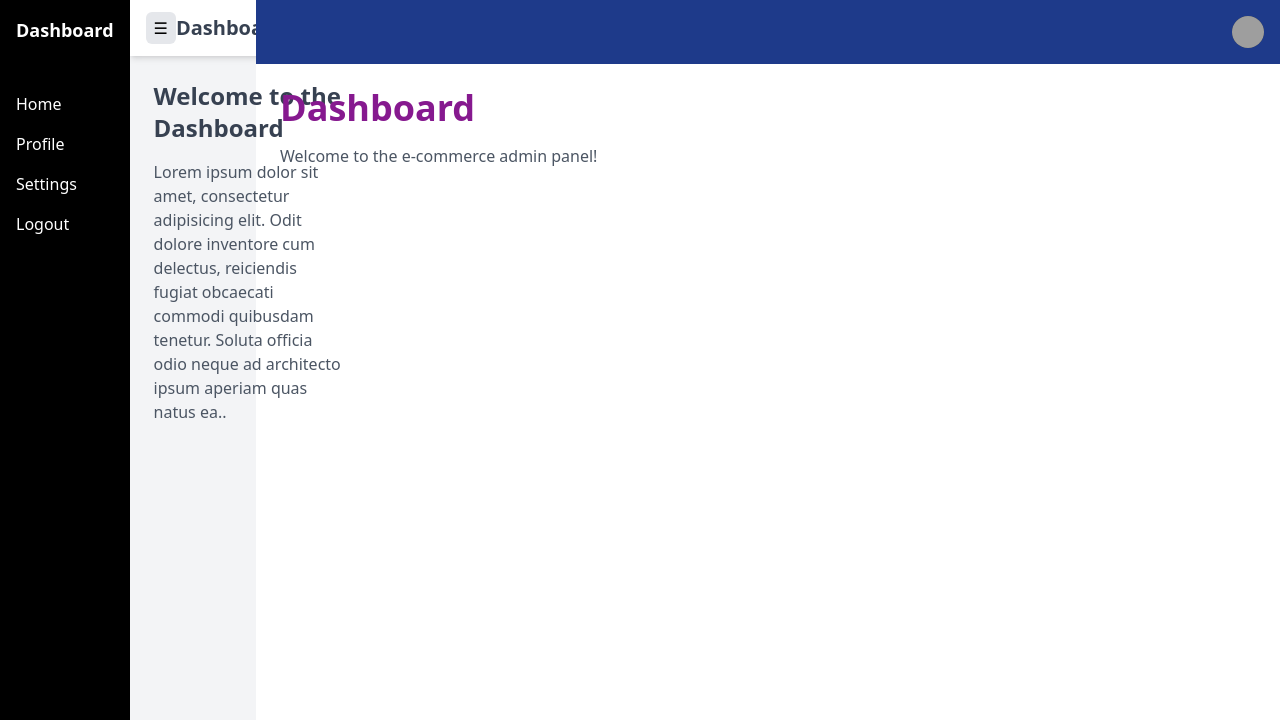
Repository: alizey12/POS-React-website
Page: /dashboard
An editor plug-in stored every save of this project. The page is shown before and after a run of saves, followed by the edit.
The browser window is 1280 px wide. The pictures show the whole page.
Pictures or frames that could not be fetched are drawn as grey boxes. The project was rebuilt for these pictures with package versions that can differ from the ones it lists, and the page was loaded fresh each time. Also part of the build but not shown: vite.config.js, src/login.jsx.

Above is the page before, as saved 2024-12-31 16:08:13.

### src/App.jsx
import { BrowserRouter as Router, Routes, Route } from 'react-router-dom';
import LoginPage from "./login"
import Dashboard from './Dashboard';

function App() {
  return (
    <Router>
      <Routes>
        <Route path="/" element={<LoginPage />} />
        <Route path="/dashboard" element={<Dashboard />} />
      </Routes>
    </Router>
  );
}

export default App;

### src/Dashboard.jsx
// import { useState } from 'react';
import Navbar from './navbar';
import Sidebar from './sidebar';

const Dashboard = () => {
  // const [isSidebarOpen, setIsSidebarOpen] = useState(true);

  // const toggleSidebar = () => {
  //   setIsSidebarOpen(!isSidebarOpen);
  // };

  return (
    <div className="h-screen  flex overflow-hidden">
      {/* Sidebar Section */}
      <div
        className={`bg-gray-300 transition-all duration-300 ${
          // isSidebarOpen ?
          'w-64'
        }`}
      >
        <Sidebar />
      </div>

      {/* Main Content Section */}
      <div className="flex-1 flex flex-col">
        <Navbar />
        <div className="p-6">
          <h1 className="text-4xl font-bold text-fuchsia-800">Dashboard</h1>
          <p className="mt-4 text-gray-600">Welcome to the e-commerce admin panel!</p>
        </div>
      </div>
    </div>
  );
};

export default Dashboard;

### src/navbar.jsx


const navbar = () => {
  return (
    <div>


<nav className="bg-blue-900 border-gray-900 dark:bg-gray-900 ">
  <div className="max-w-screen-xl flex flex-wrap items-center justify-between mx-auto p-4">


      <span className="self-center text-2xl font-semibold whitespace-nowrap text-white dark:text-white"></span>
  <div className="flex items-center md:order-2 space-x-3 md:space-x-0 rtl:space-x-reverse">
      <button type="button" className="flex text-sm bg-gray-800 rounded-full md:me-0 focus:ring-4 focus:ring-gray-300 dark:focus:ring-gray-600" id="user-menu-button" aria-expanded="false" data-dropdown-toggle="user-dropdown" data-dropdown-placement="bottom">
        <span className="sr-only">Open user menu</span>
        <img className="w-8 h-8 rounded-full" src="/docs/images/people/profile-picture-3.jpg" alt="user photo"/>
      </button>

      <div className="z-50 hidden my-4 text-base list-none bg-white divide-y divide-gray-100 rounded-lg shadow dark:bg-gray-700 dark:divide-gray-600" id="user-dropdown">
        <div className="px-4 py-3">
          <span className="block text-sm text-gray-900 dark:text-white">Bonnie Green</span>
          <span className="block text-sm  text-gray-500 truncate dark:text-gray-400">name@flowbite.com</span>
        </div>
        <ul className="py-2" aria-labelledby="user-menu-button">
          <li>
            <a href="#" className="block px-4 py-2 text-sm text-gray-700 hover:bg-gray-100 dark:hover:bg-gray-600 dark:text-gray-200 dark:hover:text-white">Dashboard</a>
          </li>
          <li>
            <a href="#" className="block px-4 py-2 text-sm text-gray-700 hover:bg-gray-100 dark:hover:bg-gray-600 dark:text-gray-200 dark:hover:text-white">Settings</a>
          </li>
          <li>
            <a href="#" className="block px-4 py-2 text-sm text-gray-700 hover:bg-gray-100 dark:hover:bg-gray-600 dark:text-gray-200 dark:hover:text-white">Earnings</a>
          </li>
          <li>
            <a href="#" className="block px-4 py-2 text-sm text-gray-700 hover:bg-gray-100 dark:hover:bg-gray-600 dark:text-gray-200 dark:hover:text-white">Sign out</a>
          </li>
        </ul>
      </div>
      <button data-collapse-toggle="navbar-user" type="button" className="inline-flex items-center p-2 w-10 h-10 justify-center text-sm text-gray-500 rounded-lg md:hidden hover:bg-gray-100 focus:outline-none focus:ring-2 focus:ring-gray-200 dark:text-gray-400 dark:hover:bg-gray-700 dark:focus:ring-gray-600" aria-controls="navbar-user" aria-expanded="false">
        <span className="sr-only">Open main menu</span>
        <svg className="w-5 h-5" aria-hidden="true" xmlns="http://www.w3.org/2000/svg" fill="none" viewBox="0 0 17 14">
            <path stroke="currentColor" strokeLinecap="round" strokeLinejoin="round" strokeWidth="2" d="M1 1h15M1 7h15M1 13h15"/>
        </svg>
    </button>
  </div>

  </div>
</nav>

    </div>
  )
}

export default navbar

### src/sidebar.jsx
import { useState } from "react";

const Dashboard = () => {
  const [isSidebarOpen, setIsSidebarOpen] = useState(true);

  const toggleSidebar = () => {
    setIsSidebarOpen(!isSidebarOpen);
  };

  return (
    <div className="flex h-screen bg-gray-100">
      {/* Sidebar */}
      <div
        className={`${
          isSidebarOpen ? "w-64" : "w-16"
        } bg-black text-white transition-all duration-300`}
      >
        <div className="p-4">
          <h2 className="text-lg font-bold text-center">
            {isSidebarOpen ? "Dashboard" : "D"}
          </h2>
        </div>
        <ul className="mt-6">
          <li className="px-4 py-2 hover:bg-gray-800 cursor-pointer border-white">
            {isSidebarOpen ? "Home" : "H"}
          </li>
          <li className="px-4 py-2 hover:bg-gray-800 cursor-pointer">
            {isSidebarOpen ? "Profile" : "P"}
          </li>
          <li className="px-4 py-2 hover:bg-gray-800 cursor-pointer">
            {isSidebarOpen ? "Settings" : "S"}
          </li>
          <li className="px-4 py-2 hover:bg-gray-800 cursor-pointer">
            {isSidebarOpen ? "Logout" : "L"}
          </li>
        </ul>
      </div>

      {/* Main Content */}
      <div className="flex flex-col flex-1">
        {/* Menu Bar */}
        <div className="flex justify-between items-center bg-white shadow-md px-4 py-2">
          <button
            onClick={toggleSidebar}
            className="text-black bg-gray-200 px-2 py-1 rounded-md hover:bg-gray-300 focus:outline-none"
          >
            ☰
          </button>
          <h1 className="text-xl font-bold text-gray-700">Dashboard</h1>
          <div className="flex items-center space-x-4">
            <span className="text-gray-700">Admin</span>
            <img
              src="https://via.placeholder.com/40"
              alt="Profile"
              className="w-10 h-10 rounded-full"
            />
          </div>
        </div>

        {/* Content Area */}
        <div className="flex-1 p-6">
          <h2 className="text-2xl font-semibold text-gray-700">Welcome to the Dashboard</h2>
          <p className="mt-4 text-gray-600">
            Lorem ipsum dolor sit amet, consectetur adipisicing elit. Odit dolore inventore cum delectus, reiciendis fugiat obcaecati commodi quibusdam tenetur. Soluta officia odio neque ad architecto ipsum aperiam quas natus ea..
          </p>
        </div>
      </div>
    </div>
  );
};

export default Dashboard;

Loaded but not shown: index.html (common file); src/main.jsx (common file); src/index.css (common file); tailwind.config.js (common file)

After the next 3 saves:
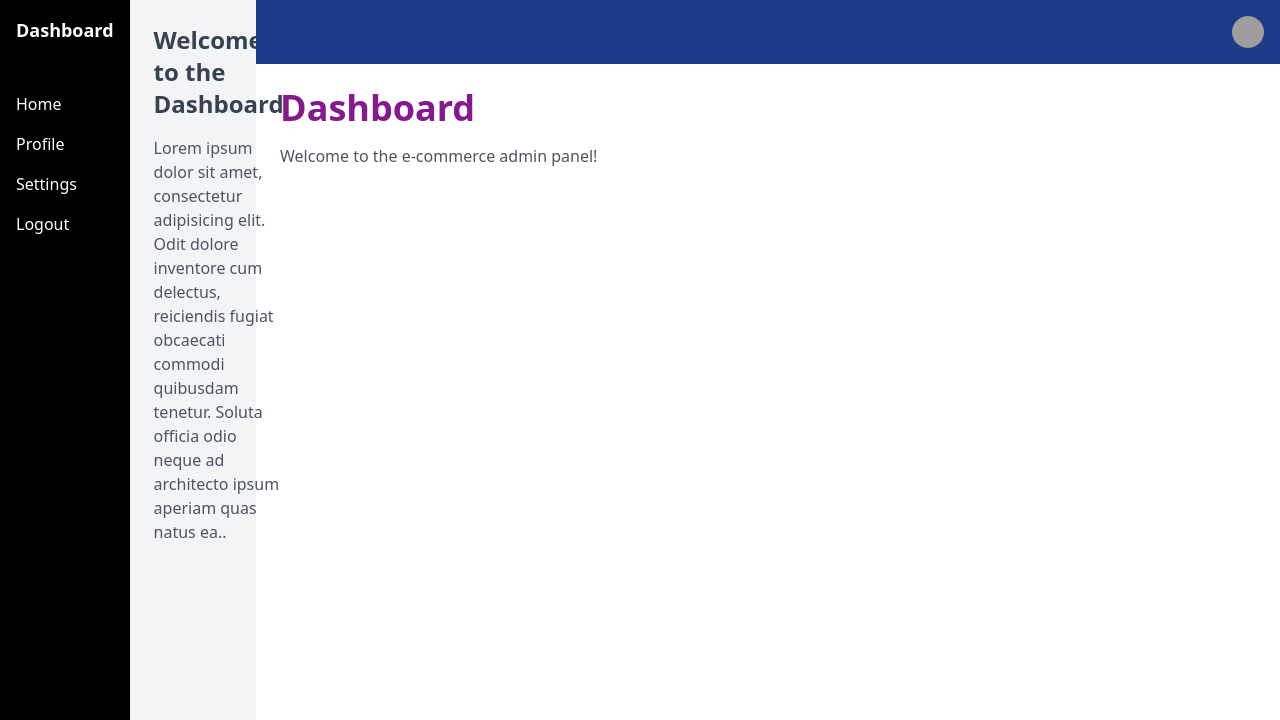
The 3 saves are shown as one change because 1 did not build or start and some came seconds apart.
The last was saved 66 s later.
--- a/src/sidebar.jsx
+++ b/src/sidebar.jsx
@@ -37,25 +37,7 @@ const Dashboard = () => {
       </div>
 
       {/* Main Content */}
-      <div className="flex flex-col flex-1">
-        {/* Menu Bar */}
-        <div className="flex justify-between items-center bg-white shadow-md px-4 py-2">
-          <button
-            onClick={toggleSidebar}
-            className="text-black bg-gray-200 px-2 py-1 rounded-md hover:bg-gray-300 focus:outline-none"
-          >
-            ☰
-          </button>
-          <h1 className="text-xl font-bold text-gray-700">Dashboard</h1>
-          <div className="flex items-center space-x-4">
-            <span className="text-gray-700">Admin</span>
-            <img
-              src="https://via.placeholder.com/40"
-              alt="Profile"
-              className="w-10 h-10 rounded-full"
-            />
-          </div>
-        </div>
+
 
         {/* Content Area */}
         <div className="flex-1 p-6">
@@ -65,7 +47,7 @@ const Dashboard = () => {
           </p>
         </div>
       </div>
-    </div>
+
   );
 };
 
